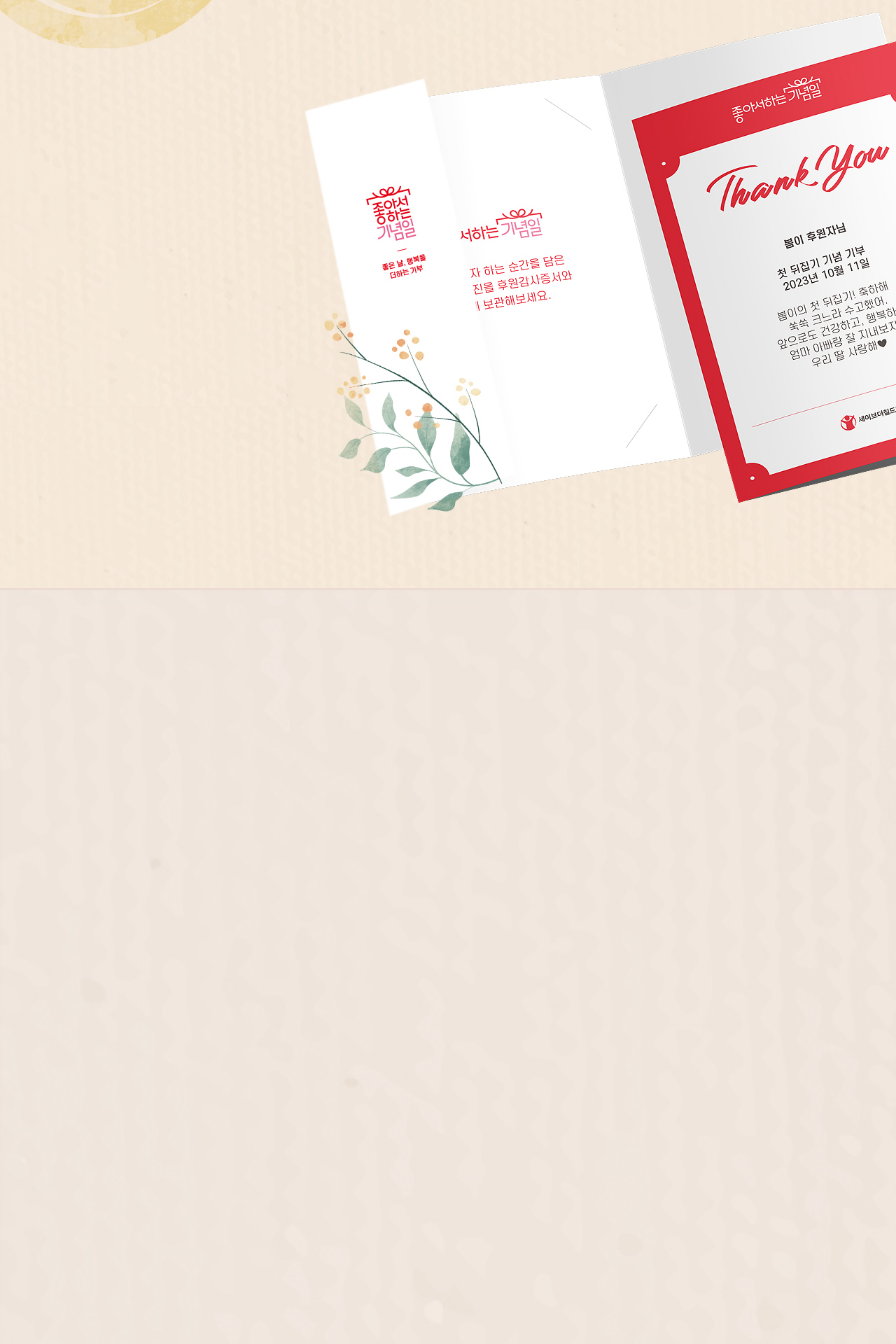
Repository: dlgywls1130/save_the_children
Page: index.html
These files come from the project's save history. The page is drawn as it stood at one moment and after the next save; the edit follows.
The browser window is 1280 px wide. The pictures show the part of the page from y = 2920 to 4840 px (the page is 4840 px tall), at 70% of full size.

Above is the page before, as saved 2023-12-12 19:12:43.

### index.html
<!DOCTYPE html>
<html lang="en">
<head>
    <meta charset="UTF-8">
    <meta name="viewport" content="width=device-width, initial-scale=1.0">
    <title>세이브더칠드런</title>

    <link rel="stylesheet" href="./css/reset.css">
    <link rel="stylesheet" href="./css/style.css">
</head>
<body>
    <div class="content_body">
        <section class="section_wrapper section01">
            <div class="se01">

            </div>
        </section>
        <section class="section_wrapper section02">

        </section>
        <section class="section_wrapper section03">

        </section>
        <section class="section_wrapper section04">

        </section>
        <section class="section_wrapper section05">

        </section>
        <section class="section_wrapper section06">

        </section>
        <section class="section_wrapper section07">

        </section>
        <section class="section_wrapper section08">

        </section>
    </div>
</body>
</html>

### css/reset.css


html, body, div, span, applet, object, iframe,
h1, h2, h3, h4, h5, h6, p, blockquote, pre,
a, abbr, acronym, address, big, cite, code,
del, dfn, em, img, ins, kbd, q, s, samp,
small, strike, strong, sub, sup, tt, var,
b, u, i, center,
dl, dt, dd, ol, ul, li,
fieldset, form, label, legend,
table, caption, tbody, tfoot, thead, tr, th, td,
article, aside, canvas, details, embed,
figure, figcaption, footer, header, hgroup,
menu, nav, output, ruby, section, summary,
time, mark, audio, video {
	margin: 0;
	padding: 0;
	border: 0;
	font-size: 100%;
	font: inherit;
	vertical-align: baseline;
}

article, aside, details, figcaption, figure,
footer, header, hgroup, menu, nav, section {
	display: block;
}
body {
	line-height: 1;
}
ol, ul {
	list-style: none;
}
blockquote, q {
	quotes: none;
}
blockquote:before, blockquote:after,
q:before, q:after {
	content: '';
	content: none;
}
table {
	border-collapse: collapse;
	border-spacing: 0;
}

### css/style.css


.section_wrapper{
    max-width:1920px;
    width: 100%;

}


/* section01 */


.section01{
    height: 1080px;
    background: url('../img/back01.jpg') no-repeat;
}

/* section02 */

.section02{
    height: 1340px;
    background: url('../img/back03.jpg') no-repeat;
}

/* section03 */

.section03{
    height: 1340px;
    background: url('../img/back04.jpg') no-repeat;
}

/* section04 */

.section04{
    width: 100%;
    height: 1080px;
    background: url('../img/back07.png') no-repeat;
}

/* section05 */

/* section06 */

/* section07 */

/* section08 */

After the next save:
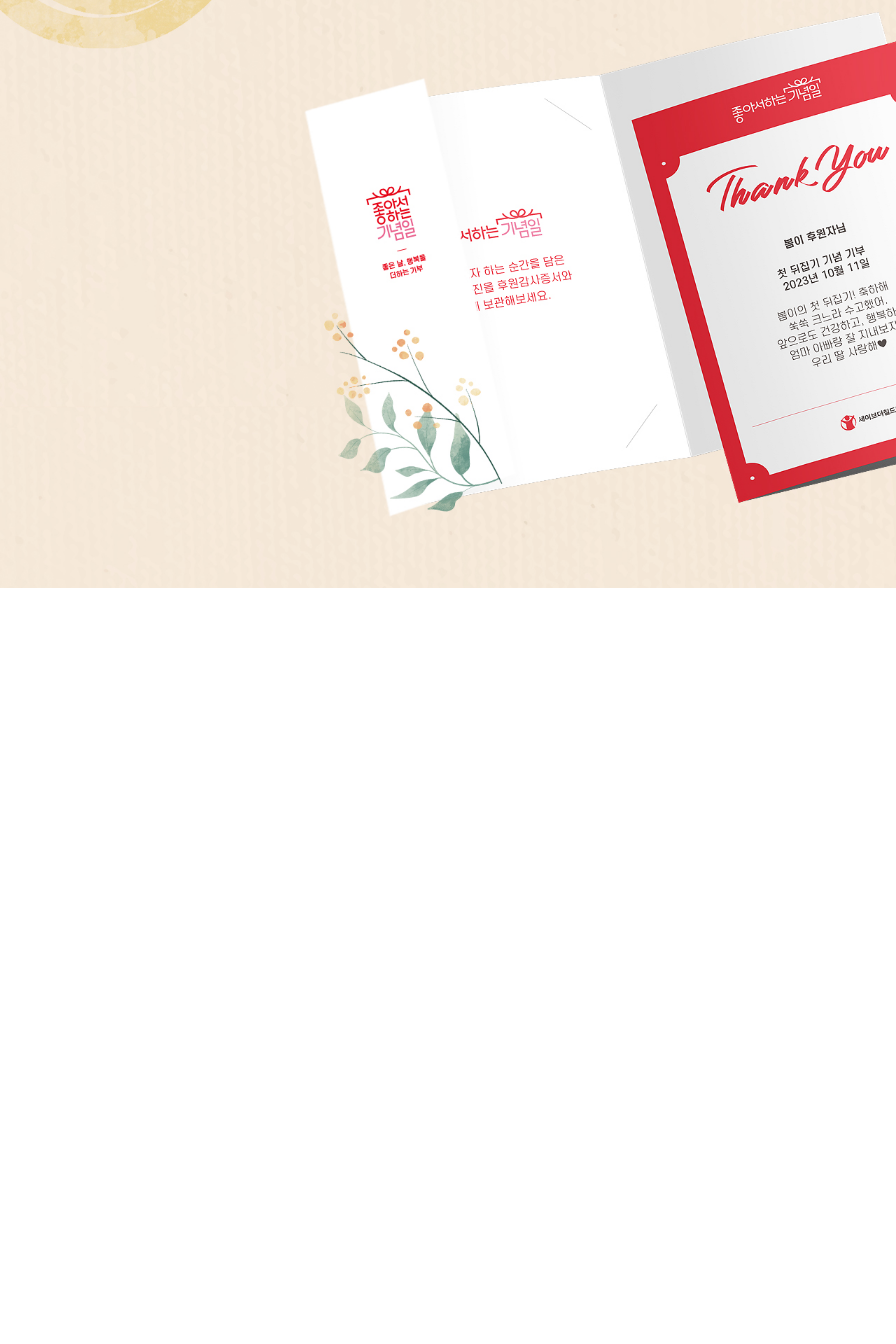
Saved 4 min 32 s later.
--- a/css/style.css
+++ b/css/style.css
@@ -32,9 +32,8 @@
 /* section04 */
 
 .section04{
-    width: 100%;
     height: 1080px;
-    background: url('../img/back07.png') no-repeat;
+
 }
 
 /* section05 */
